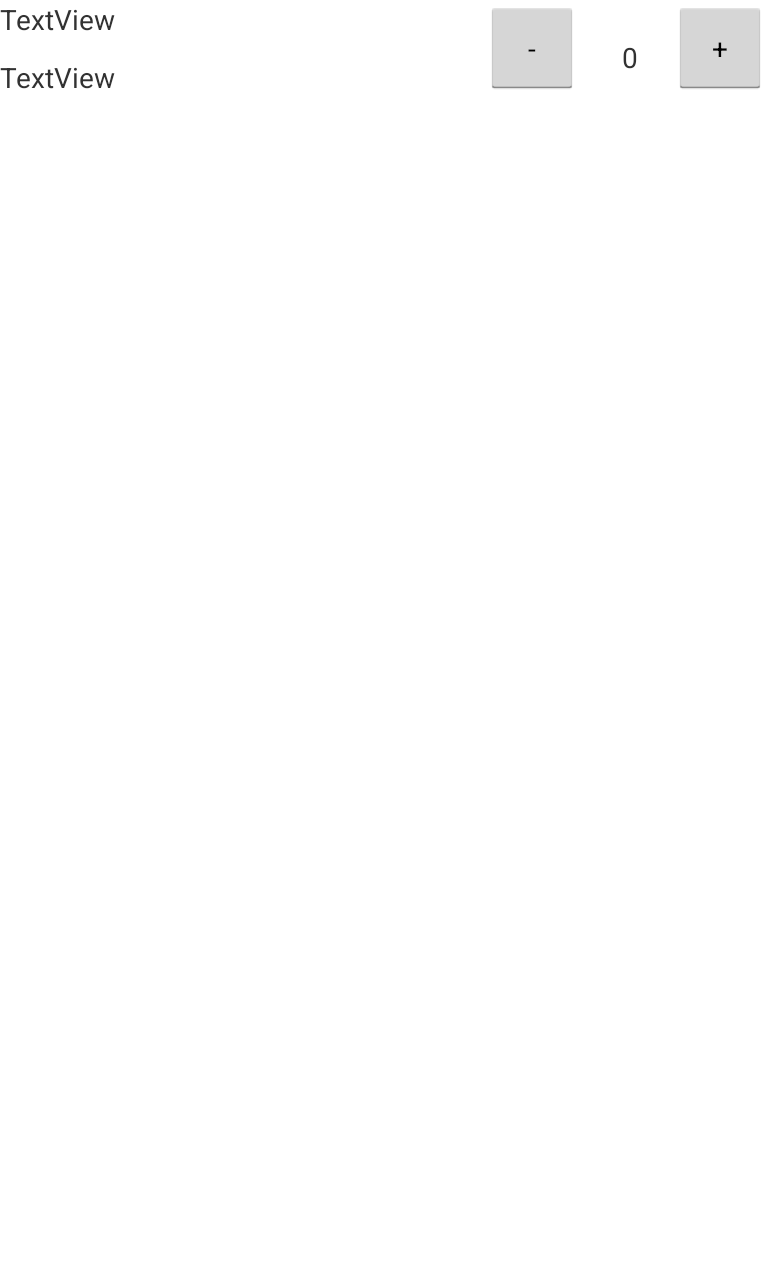
Repository: TeamSuperion/TeamSuperionSextonCalculator
Layout: SextonCalculator/res/layout/activity_browse_row.xml
The author's editor kept a copy of each file at every save. The layout is drawn from the files as they stood at one save, then again after the next save.
It is drawn on a 768 x 1280 px phone screen (xhdpi) without system bars, with theme AppTheme; the app's code is not run.

Above is the layout before, as saved 2012-11-10 23:39:06.

After the next save:
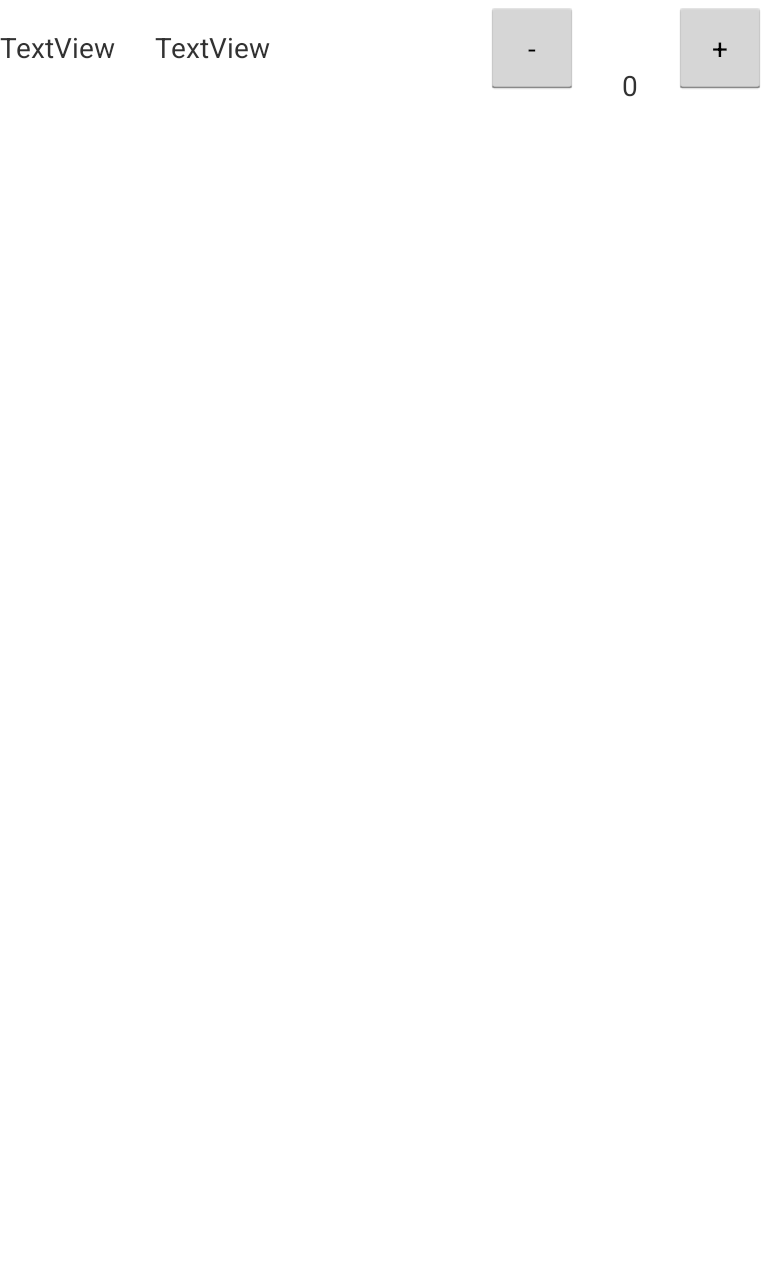
Saved 6 min 29 s later.
--- a/SextonCalculator/res/layout/activity_browse_row.xml
+++ b/SextonCalculator/res/layout/activity_browse_row.xml
@@ -21,6 +21,7 @@
         android:layout_height="wrap_content"
         android:layout_alignParentLeft="true"
         android:layout_alignParentTop="true"
+        android:layout_marginTop="14dp"
         android:text="@string/TextView" />
 
     <Button
@@ -47,8 +48,9 @@
         android:id="@+id/itemPrice_textView"
         android:layout_width="wrap_content"
         android:layout_height="wrap_content"
-        android:layout_alignBottom="@+id/itemDecrease_button"
-        android:layout_alignParentLeft="true"
+		android:layout_toRightOf="@+id/itemName_textView"
+		android:layout_marginLeft="20dp"
+        android:layout_marginTop="14dp"
         android:text="@string/TextView" />
 
 </RelativeLayout>
